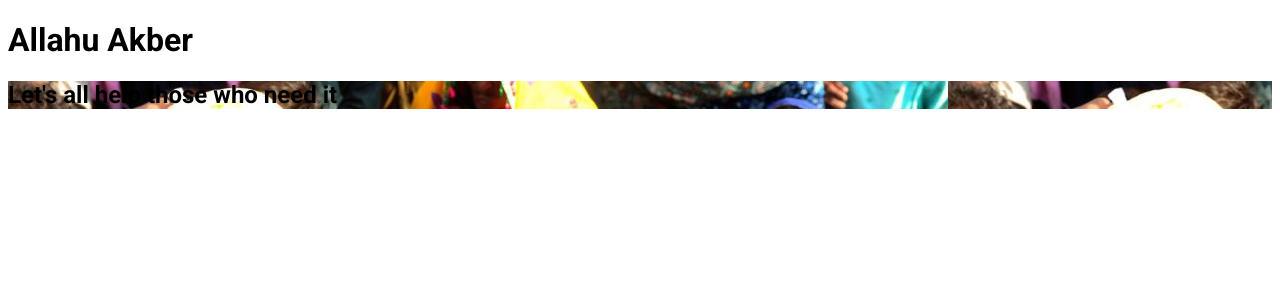
Repository: zjria/suppert-the-helpness
Page: index.html
An editor plug-in stored every save of this project. The page is shown before and after the next save, followed by the edit.
The browser window is 1280 px wide. The pictures show the whole page.

Above is the page before, as saved 2022-08-24 10:15:31.

After the next save:
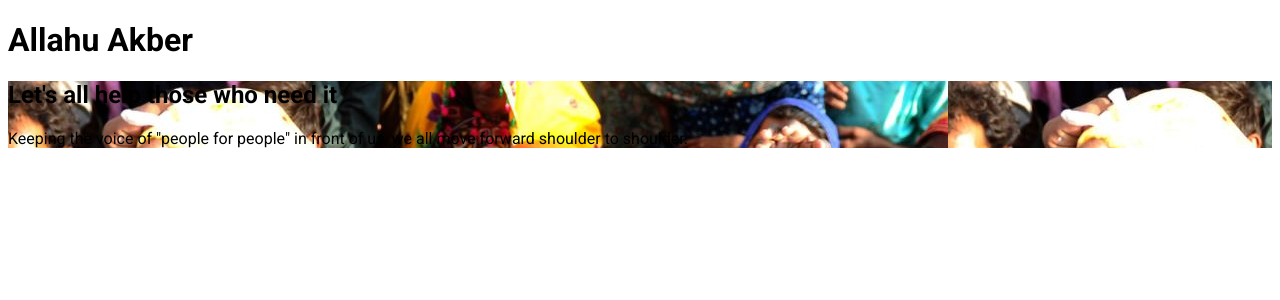
Saved 2 min 42 s later.
--- a/index.html
+++ b/index.html
@@ -20,6 +20,7 @@
     <!-- Header Section -->
     <section class="header_section">
         <h1>Let's all help those who need it</h1>
+        <p>Keeping the voice of "people for people" in front of us, we all move forward shoulder to shoulder.</p>
 
     </section>
 
